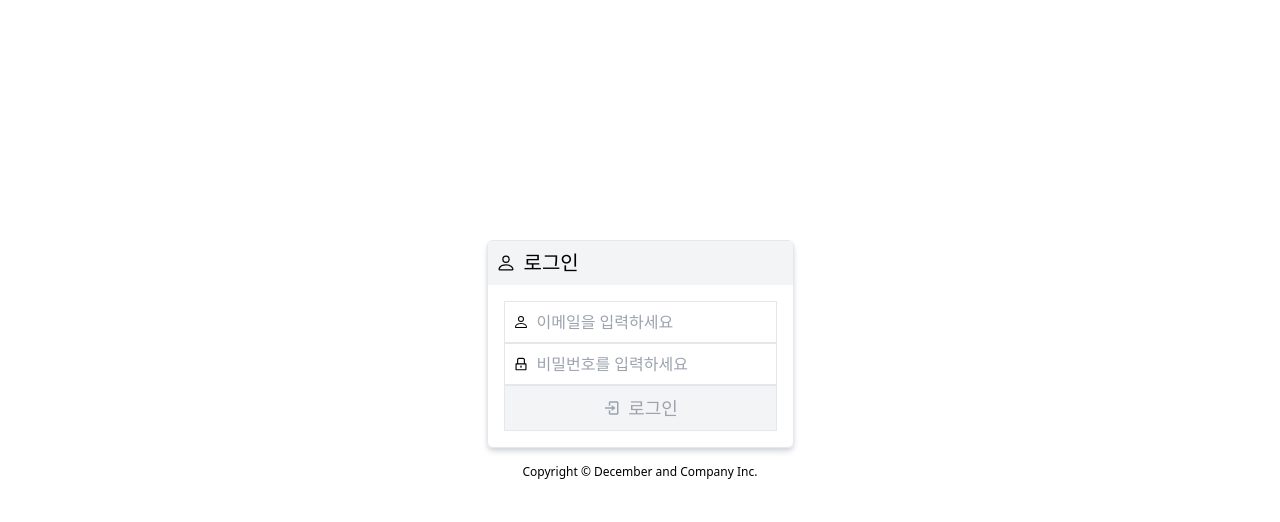
Repository: wanted-pre-onboarding-4/pre-onboarding-assignment-week-4-1-team-4
Page: /login (app in client/)
An editor plug-in stored every save of this project. The page is shown before and after the next save, followed by the edit.
The browser window is 1280 px wide. The pictures show the whole page.
The project was rebuilt for these pictures with package versions that can differ from the ones it lists, and the page was loaded fresh each time. Also part of the build but not shown: client/src/components/Footer.jsx, client/src/components/Header.jsx, client/src/components/Sider.jsx, client/src/components/Layout.jsx.

Above is the page before, as saved 2022-09-20 21:21:53.

After the next save:
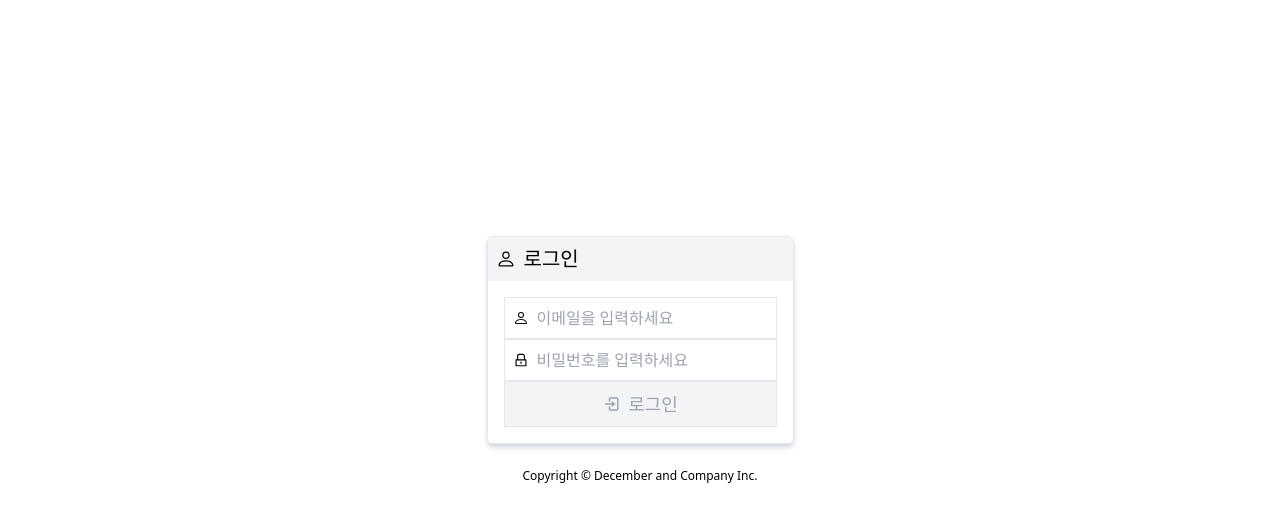
Saved 4 s later.
--- a/client/src/pages/login/Login.jsx
+++ b/client/src/pages/login/Login.jsx
@@ -5,7 +5,7 @@ import { BiLogIn } from 'react-icons/bi';
 
 const Login = () => {
   return (
-    <div className='flex flex-col justify-center items-center w-full gap-y-4'>
+    <div className='flex flex-col justify-center items-center w-full gap-y-6'>
       <div className='border-solid border-[1px] rounded-md shadow-md shadow-gray-300'>
         <div className="flex items-center justify-start space-x-2 p-2 font-medium text-xl bg-gray-100">
           <BsPerson />
